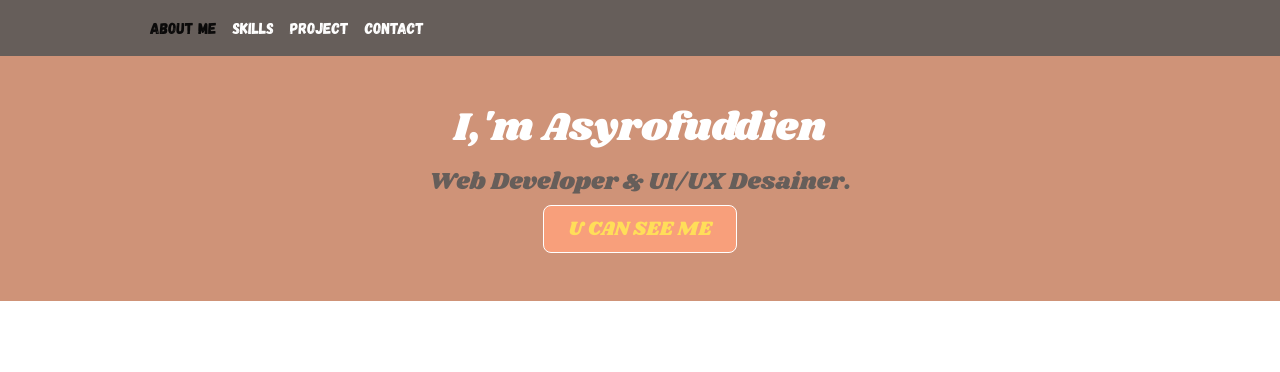
Repository: zetta-muhammad-asyrofuddien/Html-Css-ZettaCAmp
Page: Day1/Portofolio/index.html
The author's editor kept a copy of each file at every save. The page is drawn from the files as they stood at one save, then again after the next save.
The browser window is 1280 px wide. The pictures show the whole page.

Above is the page before, as saved 2023-07-05 03:12:28.

### Day1/Portofolio/index.html
<!DOCTYPE html>
<html lang="en">
  <head>
    <meta charset="utf-8" />
    <meta name="viewport" content="width=device-width, initial-scale=1" />
    <title>Bootstrap demo</title>
    <link href="https://cdn.jsdelivr.net/npm/bootstrap@5.2.3/dist/css/bootstrap.min.css" rel="stylesheet" integrity="sha384-rbsA2VBKQhggwzxH7pPCaAqO46MgnOM80zW1RWuH61DGLwZJEdK2Kadq2F9CUG65" crossorigin="anonymous" />
    <link rel="stylesheet" type="text/css" href="./syle.css" />
  </head>
  <body>
    <section class="Navbar">
      <div class="container">
        <div class="row">
          <div class="col-lg-12">
            <nav class="navbar navbar-expand-lg px-5 px-5">
              <div class="container-fluid">
                <div class="collapse navbar-collapse" id="navbarNav">
                  <ul class="navbar-nav">
                    <li class="nav-item">
                      <a class="nav-link active" aria-current="page" href="#">About Me</a>
                    </li>
                    <li class="nav-item">
                      <a class="nav-link" href="#">Skills</a>
                    </li>
                    <li class="nav-item">
                      <a class="nav-link" href="#">Project</a>
                    </li>
                    <li class="nav-item">
                      <a class="nav-link" href="#">Contact</a>
                    </li>
                  </ul>
                </div>
              </div>
            </nav>
            <div class="col-lg-4"></div>
          </div>
        </div>
      </div>
    </section>
    <section class="perkenalan mt-0">
      <div class="px-4 py-5 my-0 text-center">
        <h1 class="nama mb-3">I,'m Asyrofuddien</h1>
        <div class="col-lg-6 mx-auto">
          <h4 class="job">Web Developer & UI/UX Desainer.</h4>
          <div class="d-grid gap-2 d-sm-flex justify-content-sm-center">
            <button type="button" class="btn btn-primary btn-lg px-4 gap-3">U CAN SEE ME</button>
          </div>
        </div>
      </div>
    </section>
    <script src="https://cdn.jsdelivr.net/npm/@popperjs/core@2.11.6/dist/umd/popper.min.js" integrity="sha384-oBqDVmMz9ATKxIep9tiCxS/Z9fNfEXiDAYTujMAeBAsjFuCZSmKbSSUnQlmh/jp3" crossorigin="anonymous"></script>
    <script src="https://cdn.jsdelivr.net/npm/bootstrap@5.2.3/dist/js/bootstrap.min.js" integrity="sha384-cuYeSxntonz0PPNlHhBs68uyIAVpIIOZZ5JqeqvYYIcEL727kskC66kF92t6Xl2V" crossorigin="anonymous"></script>
  </body>
</html>

### Day1/Portofolio/syle.css
@font-face {
  font-family: Gagalin;
  src: url(./asset/font/Gagalin-Regular.otf);
}
@font-face {
  font-family: Shrikhand;
  src: url(./asset/font/Shrikhand-Regular.ttf);
}
@font-face {
  font-family: dmSans;
  src: url(./asset/font/DMSans-Regular.ttf);
}
.Navbar {
  font-family: Gagalin;
  background-color: #665e5a;
}
.perkenalan {
  background-color: #cf9378;
}
.nav-link {
  color: white;
}

.nama {
  font-family: Shrikhand;
  color: white;
}
.job {
  color: #665e5a;
  font-family: Shrikhand;
}

.btn {
  background-color: #f89f7b;
  border-color: white;
  font-family: Shrikhand;
  color: #ffde59;
}

After the next save:
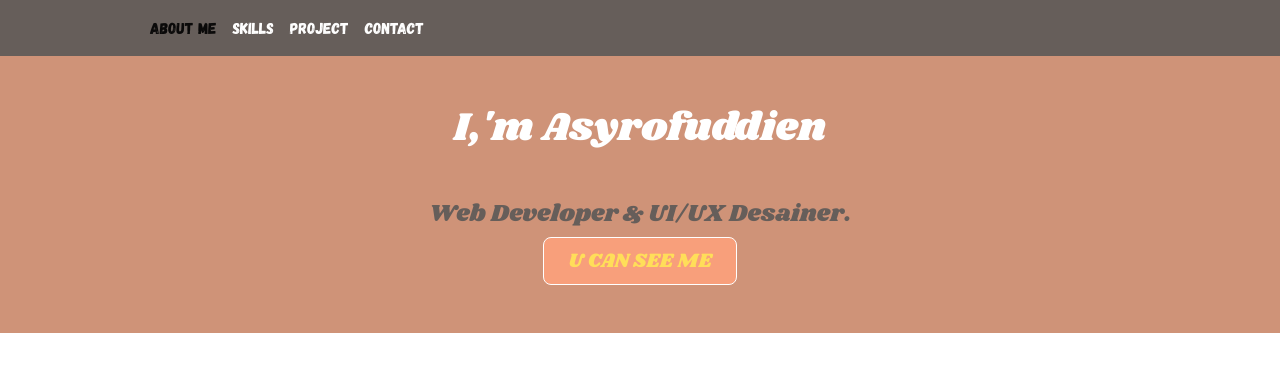
Saved 4 s later.
--- a/Day1/Portofolio/index.html
+++ b/Day1/Portofolio/index.html
@@ -39,7 +39,7 @@
     </section>
     <section class="perkenalan mt-0">
       <div class="px-4 py-5 my-0 text-center">
-        <h1 class="nama mb-3">I,'m Asyrofuddien</h1>
+        <h1 class="nama mb-5">I,'m Asyrofuddien</h1>
         <div class="col-lg-6 mx-auto">
           <h4 class="job">Web Developer & UI/UX Desainer.</h4>
           <div class="d-grid gap-2 d-sm-flex justify-content-sm-center">

After the save that followed:
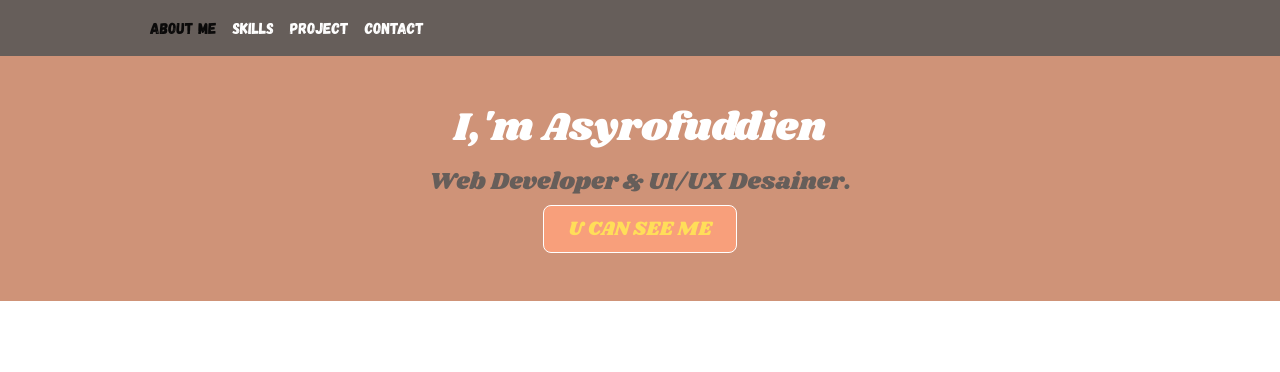
Saved 7 s later.
--- a/Day1/Portofolio/index.html
+++ b/Day1/Portofolio/index.html
@@ -39,7 +39,7 @@
     </section>
     <section class="perkenalan mt-0">
       <div class="px-4 py-5 my-0 text-center">
-        <h1 class="nama mb-5">I,'m Asyrofuddien</h1>
+        <h1 class="nama mb-3">I,'m Asyrofuddien</h1>
         <div class="col-lg-6 mx-auto">
           <h4 class="job">Web Developer & UI/UX Desainer.</h4>
           <div class="d-grid gap-2 d-sm-flex justify-content-sm-center">
